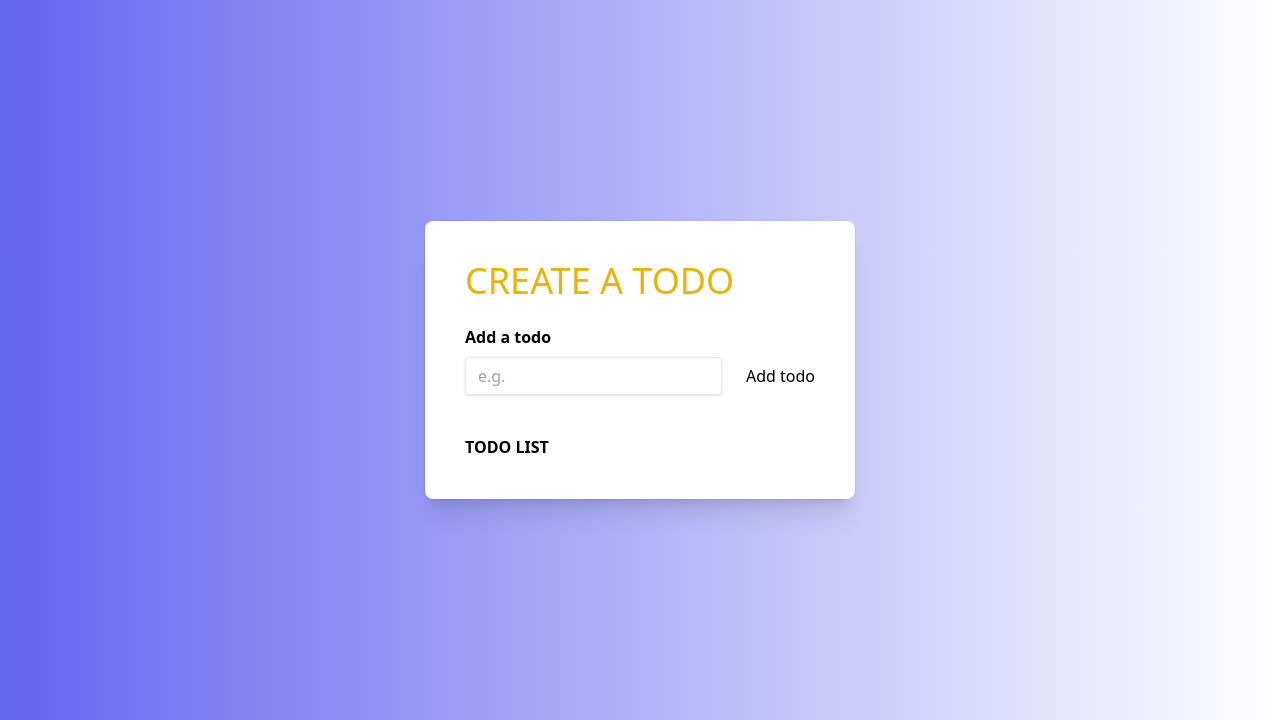
Repository: Kajo-lab/vue-todo
Page: /
These files come from the project's save history. The page is drawn as it stood at one moment and after the next save; the edit follows.
The browser window is 1280 px wide. The pictures show the whole page.
The project was rebuilt for these pictures with package versions that can differ from the ones it lists, and the page was loaded fresh each time. Also part of the build but not shown: vite.config.js, webpack.config.js.

Above is the page before, as saved 2022-07-07 17:10:34.

### src/main.js
import { createApp } from 'vue'
import App from './App.vue'
import "./assets/tailwind.css";

createApp(App).mount('#app')

### src/App.vue
<script setup>
import { ref, onMounted, computed, watch } from 'vue'

const todos = ref([])
const name = ref('')

const input_content = ref('')

const todos_asc = computed(() => todos.value.sort((a,b) =>{
	return a.createdAt - b.createdAt
}))

watch(name, (newVal) => {
	localStorage.setItem('name', newVal)
})

watch(todos, (newVal) => {
	localStorage.setItem('todos', JSON.stringify(newVal))
}, {
	deep: true
})

const addTodo = () => {
  if (input_content.value.trim() === '') {
    return
  }

	todos.value.push({
		content: input_content.value,
		done: false,
		editable: false,
		createdAt: new Date().getTime()
	})
}

const removeTodo = (todo) => {
	todos.value = todos.value.filter((t) => t !== todo)
}

onMounted(() => {
	name.value = localStorage.getItem('name') || ''
	todos.value = JSON.parse(localStorage.getItem('todos')) || []
})
</script>

<template>

<main class="relative flex min-h-screen flex-col justify-center overflow-hidden bg-gradient-to-r from-indigo-500 py-6 sm:py-12">
	<div class="relative bg-white px-6 pt-10 pb-8 shadow-xl ring-1 ring-gray-900/5 sm:mx-auto sm:max-w-lg sm:rounded-lg sm:px-10">
		<section class="mb-10">
		<h1 class="text-4xl text-yellow-500 mb-6">CREATE A TODO</h1>
				<h3 class="mb-2 font-bold">Add a todo</h3>
				<form id="new-todo-form" class="flex gap-6" @submit.prevent="addTodo">
					<input
						class="shadow appearance-none border rounded w-full py-2 px-3 text-gray-700 leading-tight focus:outline-none focus:shadow-outline"
						type="text"
						name="content"
						id="content"
						placeholder="e.g. "
						v-model="input_content" />

					<input type="submit" value="Add todo" />
				</form>
		</section>

		<section>
				<h3 class="mb-2 font-bold">TODO LIST</h3>
				<div id="todo-list ">
					<div class="flex mb-4" v-for="todo in todos_asc" :key="`todo-item ${todo.done && 'done'}`">

						<div class="flex gap-6 ">
							<input
							class="shadow appearance-none border rounded w-full py-2 px-3 text-gray-700 leading-tight focus:outline-none focus:shadow-outline"
							type="text"
							v-model="todo.content" />

							<button class="h-10 w-20 text-white rounded-lg bg-red-500 hover:bg-red-600" @click="removeTodo(todo)">Delete</button>
						</div>
					</div>
				</div>
		</section>
	</div>
</main>

</template>

<style src="./assets/tailwind.css"></style>

Loaded but not shown: src/assets/tailwind.css (common file); tailwind.config.js (common file)

After the next save:
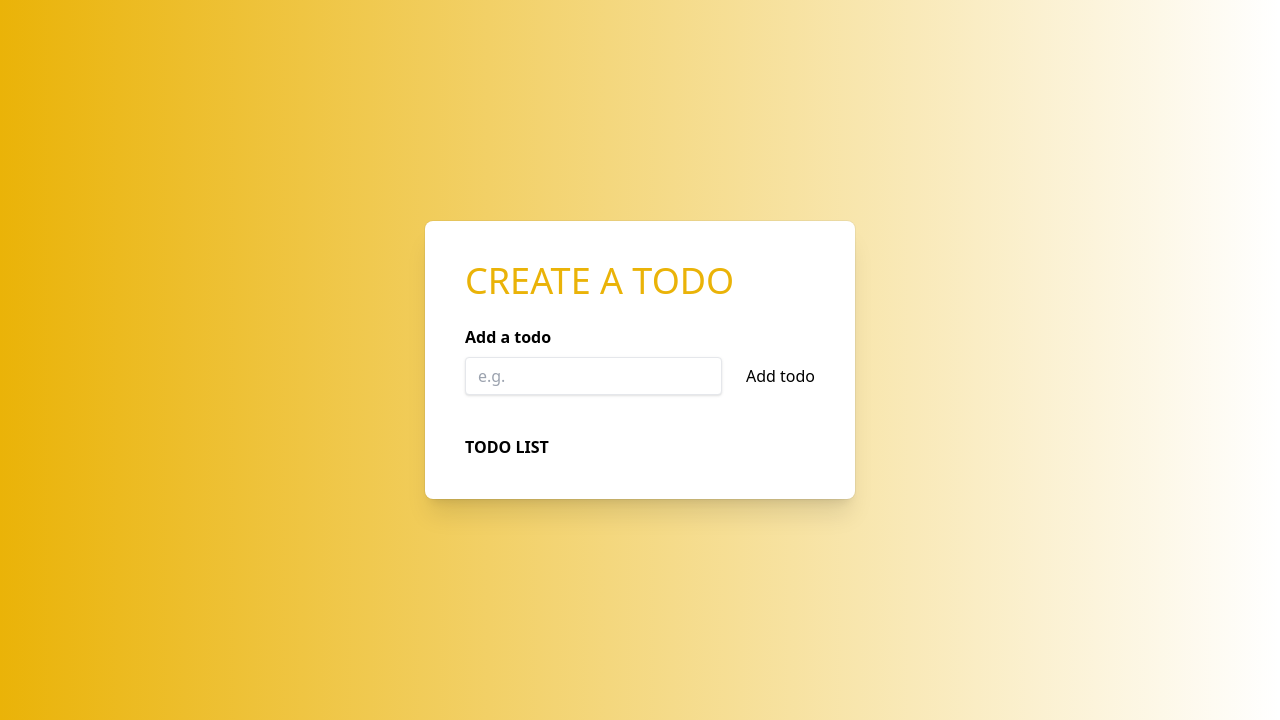
Saved 12 s later.
--- a/src/App.vue
+++ b/src/App.vue
@@ -45,7 +45,7 @@ onMounted(() => {
 
 <template>
 
-<main class="relative flex min-h-screen flex-col justify-center overflow-hidden bg-gradient-to-r from-indigo-500 py-6 sm:py-12">
+<main class="relative flex min-h-screen flex-col justify-center overflow-hidden bg-gradient-to-r from-yellow-500 py-6 sm:py-12">
 	<div class="relative bg-white px-6 pt-10 pb-8 shadow-xl ring-1 ring-gray-900/5 sm:mx-auto sm:max-w-lg sm:rounded-lg sm:px-10">
 		<section class="mb-10">
 		<h1 class="text-4xl text-yellow-500 mb-6">CREATE A TODO</h1>
